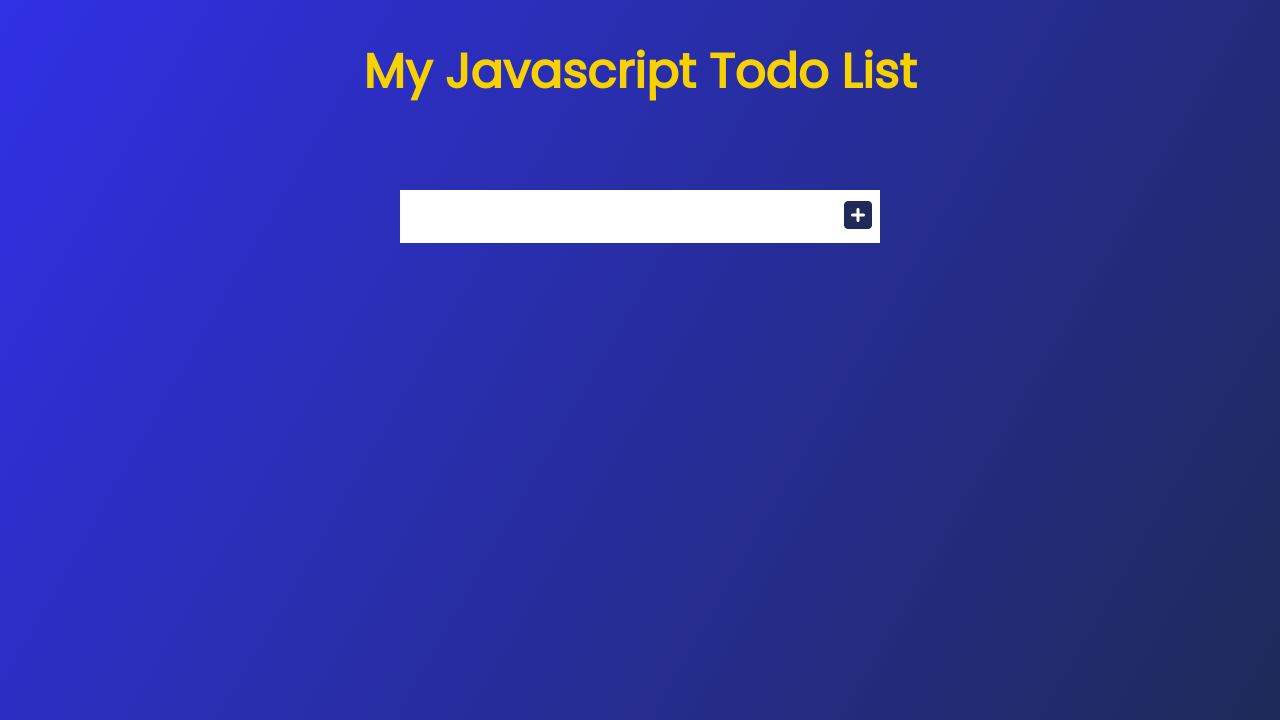
Repository: LuisMiLR/JavaScript-Todo-List
Page: index.html
The author's editor kept a copy of each file at every save. The page is drawn from the files as they stood at one save, then again after the next save.
The browser window is 1280 px wide. The pictures show the whole page.

Above is the page before, as saved 2023-05-01 14:07:01.

### index.html
<!DOCTYPE html>
<html lang="en">
<head>
    <meta charset="UTF-8">
    <meta http-equiv="X-UA-Compatible" content="IE=edge">
    <meta name="viewport" content="width=device-width, initial-scale=1.0">
    <title>My Javascript Todo List</title>
    <link rel="stylesheet" href="style.css">
    <link href="https://fonts.googleapis.com/css2?family=Orbitron:wght@400;700&family=Poppins:wght@200;400&display=swap" rel="stylesheet">
    <link rel="stylesheet" href="https://cdnjs.cloudflare.com/ajax/libs/font-awesome/6.4.0/css/all.min.css" integrity="sha512-iecdLmaskl7CVkqkXNQ/ZH/XLlvWZOJyj7Yy7tcenmpD1ypASozpmT/E0iPtmFIB46ZmdtAc9eNBvH0H/ZpiBw==" crossorigin="anonymous" referrerpolicy="no-referrer" />
</head>
<body>

    <header>
        <h1>My Javascript Todo List </h1>
    </header>
    <form>
        <input type="text" class="todo-input">
        <button class="todo-button" type="submit">
        <i class="fa-solid fa-square-plus"></i>
        </button>
    </form>
    <div class="todo-container">
        <ul class="todo-list">
        </ul>
    </div>

    <script src="./app.js"> </script>
</body>
</html>

### style.css
*{
    margin: 0;
    padding: 0;
    box-sizing: border-box;
}

body {
    background-image: linear-gradient(120deg, #3030e5,#1e2a58);
    color: rgb(248, 210, 0);
    min-height: 100vh;
    font-family: "poppins",sans-serif;
}

header{
    font-size: 1.5rem;
}
header, form {
    min-height: 20vh;
    display: flex;
    justify-content: center;
    align-items: center;
}

form input, form button {
    padding: 0.5rem;
    font-size: 2rem;
    border: none;
    background: white;
}
form button{
    color: #1e2a58;
    background: white;
    cursor: pointer;
    transition: all 0.3s ease;
}

form button:hover {
    background: #1e2a58;
    color: rgb(248, 210, 0);
}

### app.js
//SELECTEURS
const todoInput = document.querySelector(".todo-input");
const todoButton = document.querySelector(".todo-button");
const todoList = document.querySelector(".todo-list");

//ECOUTEURS
todoButton.addEventListener("click", addTodo);

//FUNCTIONS
function addTodo(event) {
    event.preventDefault();
    //TODO DIV
    const todoDiv = document.createElement("div");
    todoDiv.classList.add("todo");
    //CREER LE LI
    const newTodo = document.createElement("li");
    newTodo.innerText = "hey";
    newTodo.classList.add("todo-item");
    todoDiv.appendChild(newTodo);
    //BOUTON CHECK
    const completedButton = document.createElement("button");
    completedButton.innerHTML = '<i class="fas fa-check"></i>';
    completedButton.classList.add("completed-btn");
    todoDiv.appendChild(completedButton);
    //BOUTON SUPPRIMER
    const trashButton = document.createElement("button");
    trashButton.innerHTML = '<i class="fas fa-trash"></i>';
    trashButton.classList.add("trash-btn");
    todoDiv.appendChild(trashButton);
    //AJOUTER NOTRE TODO A TODO-LIST
    todoList.appendChild(todoDiv);
}

After the next save:
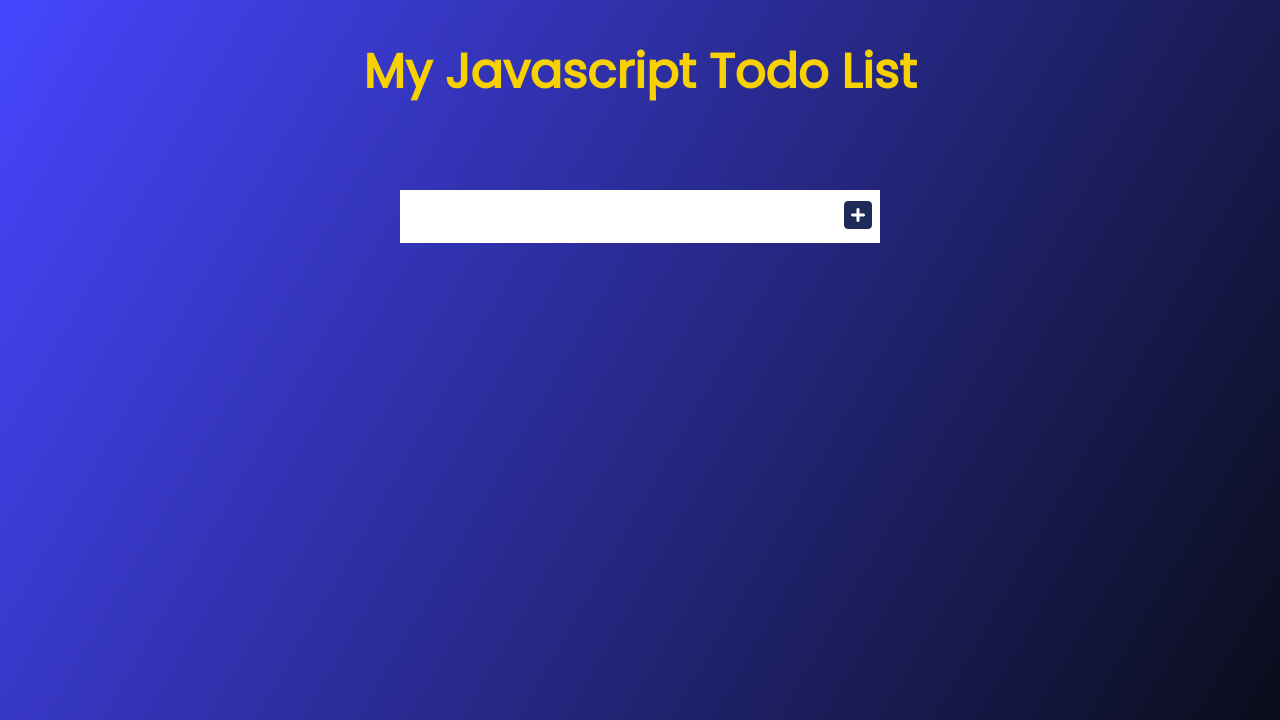
Saved 3 min 47 s later.
--- a/style.css
+++ b/style.css
@@ -5,7 +5,7 @@
 }
 
 body {
-    background-image: linear-gradient(120deg, #3030e5,#1e2a58);
+    background-image: linear-gradient(120deg, #4646ff,#0a0d1a);
     color: rgb(248, 210, 0);
     min-height: 100vh;
     font-family: "poppins",sans-serif;
